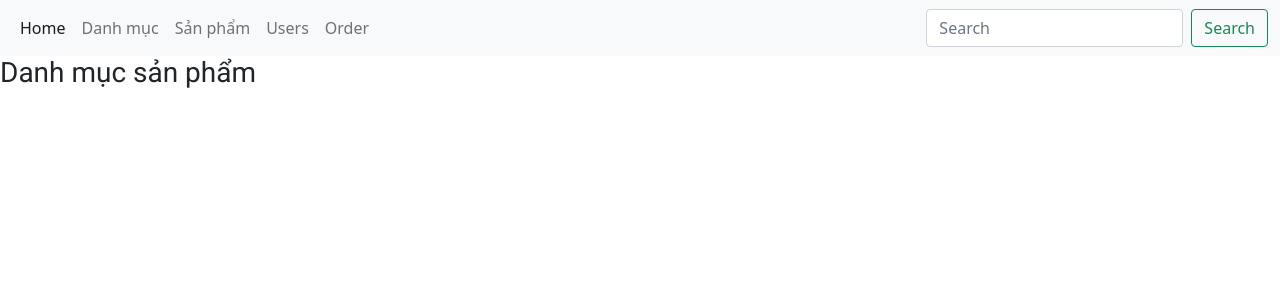
Repository: ThanhNghiadn03/Website-1-JSP-Servlet
Page: http://localhost/new-web-ban-sach/trang-chu
These files come from the project's save history. The page is drawn as it stood at one moment and after the next save; the edit follows.
The browser window is 1280 px wide. The pictures show the whole page.
The page is served by Tomcat 9. Other server files are loaded and not shown. Queries for data that is not in the repository find no rows.

Above is the page before, as saved 2023-04-26 08:40:46.

### Project/new-web-ban-sach/src/main/webapp/views/home/home.jsp
<%@ page language="java" contentType="text/html; charset=UTF-8"
	pageEncoding="UTF-8"%>
<%@ taglib uri="http://java.sun.com/jsp/jstl/core" prefix="c"%>
<!DOCTYPE html>
<html>
<head>
<meta charset="UTF-8">
<title>Trang chủ</title>

<link rel="stylesheet"
	href="http://localhost:8080/new-web-ban-sach/views/home/css/css-home.css">
<link
	href="https://cdn.jsdelivr.net/npm/bootstrap@5.0.2/dist/css/bootstrap.min.css"
	rel="stylesheet"
	integrity="sha384-EVSTQN3/azprG1Anm3QDgpJLIm9Nao0Yz1ztcQTwFspd3yD65VohhpuuCOmLASjC"
	crossorigin="anonymous">

</head>
<body style="padding-bottom: 500px;">
	<div class="header">
				<nav class="navbar navbar-expand-lg navbar-light bg-light">
			<div class="container-fluid">
<!-- 				<a class="navbar-brand" href="#"> <img src="logo_casestudy.png"
					width="50px" height="50px">
				</a> -->
				<button class="navbar-toggler" type="button"
					data-bs-toggle="collapse" data-bs-target="#navbarSupportedContent"
					aria-controls="navbarSupportedContent" aria-expanded="false"
					aria-label="Toggle navigation">
					<span class="navbar-toggler-icon"></span>
				</button>
				<div class="collapse navbar-collapse" id="navbarSupportedContent">
					<ul class="navbar-nav me-auto mb-2 mb-lg-0">
						<li class="nav-item"><a class="nav-link active"
							aria-current="page" href="#">Home</a></li>
						<li class="nav-item"><a class="nav-link" href="#">Danh mục</a>
						</li>
						<li class="nav-item"><a class="nav-link" href="#">Sản phẩm</a>
						</li>
						<li class="nav-item"><a class="nav-link" href="#">Users</a>
						</li>
						<li class="nav-item"><a class="nav-link" href="#">Order</a>
						</li>
					</ul>
					<form class="d-flex">
						<input class="form-control me-2" type="search"
							placeholder="Search" aria-label="Search">
						<button class="btn btn-outline-success" type="submit">Search</button>
					</form>
				</div>
			</div>
		</nav>
	</div>
	</div>
	<div class="left-right">
		<div class="left-side">
			<h3>Danh mục sản phẩm</h3>
			<c:forEach varStatus="count" var="cate" items="${listCate}">
				<div class="danhmuc">
					<p>
						<c:out value="${cate.nameCategory}"></c:out>
					</p>
				</div>
			</c:forEach>
		</div>
		<div class="right-side">
			<c:forEach varStatus="count" var="product" items="${listProduct}">
				<div class="item">
					<img alt="thumbnail" src="<c:url value="${product.thumbnail}"/>"
						class="thumbnail-img">
					<p>
						<c:out value="${product.nameProduct}"></c:out>
					</p>
					<c:out value="${product.price}.000VND"></c:out>
					<c:out value="-${product.discount}%"></c:out>
				</div>
			</c:forEach>
		</div>
	</div>

</body>
</html>

### Project/new-web-ban-sach/src/main/java/controller/HomeController.java
package controller;

import java.io.IOException;
import java.util.ArrayList;
import java.util.List;

import javax.servlet.RequestDispatcher;
import javax.servlet.ServletException;
import javax.servlet.annotation.WebServlet;
import javax.servlet.http.HttpServlet;
import javax.servlet.http.HttpServletRequest;
import javax.servlet.http.HttpServletResponse;

import model.Categories;
import model.Product;
import service.Implement.CategoriesServiceImpl;
import service.Implement.ProductServiceImpl;
import service.Interfaces.CRUDCategories;
import service.Interfaces.CRUDProduct;

@WebServlet(urlPatterns = {"/trang-chu"})
public class HomeController extends HttpServlet{

	CRUDProduct productService = new ProductServiceImpl();
	CRUDCategories cateService = new CategoriesServiceImpl();

	private static final long serialVersionUID = 1L;

	protected void doGet(HttpServletRequest request, HttpServletResponse response) throws IOException,ServletException {
		showProduct(request,response);
	}

	protected void doPost(HttpServletRequest request, HttpServletResponse response) throws IOException, ServletException {

	}

	private void showProduct(HttpServletRequest request, HttpServletResponse response) {
		showCategories(request, response);
		List<Product> listProduct = new ArrayList<Product>();
		listProduct = productService.findAll();
		request.setAttribute("listProduct", listProduct);
		try {
			request.getRequestDispatcher("views/home/home.jsp").forward(request, response);
		} catch (ServletException e) {
			// TODO Auto-generated catch block
			System.out.println("Servlet Exception");
		} catch (IOException e) {
			// TODO Auto-generated catch block
			System.out.println("IOException");
		}

	}

	private void showCategories(HttpServletRequest request, HttpServletResponse response) {
		List<Categories> listCate = new ArrayList<Categories>();
		listCate = cateService.findAll();
		request.setAttribute("listCate", listCate);
	}

}

### Project/new-web-ban-sach/src/main/java/service/Implement/ProductServiceImpl.java
package service.Implement;

import java.util.List;

import model.Product;
import repository.Implement.ProductRepoImpl;
import repository.Interface.CRUDProductRepo;
import service.Interfaces.CRUDProduct;

public class ProductServiceImpl implements CRUDProduct{

	CRUDProductRepo productRepo = new ProductRepoImpl();

	public List<Product> findAll() {
		// TODO Auto-generated method stub
		return productRepo.findAll();
	}

	public void insert(Product t) {
		// TODO Auto-generated method stub

	}

	public void deleteById(int id) {
		// TODO Auto-generated method stub

	}

	public void edit(Product t) {
		// TODO Auto-generated method stub

	}

}

### Project/new-web-ban-sach/src/main/java/repository/Interface/CRUDRepository.java
package repository.Interface;

import java.util.List;

public interface CRUDRepository <T>{
	List<T> findAll();
	void insert(T t);
	void deleteById(int id);
	void edit(T t);
}

### Project/new-web-ban-sach/src/main/java/repository/Interface/CRUDProductRepo.java
package repository.Interface;

import model.Product;

public interface CRUDProductRepo extends CRUDRepository<Product> {

}

### Project/new-web-ban-sach/src/main/java/repository/Implement/ProductRepoImpl.java
package repository.Implement;

import java.sql.Connection;
import java.sql.PreparedStatement;
import java.sql.ResultSet;
import java.sql.SQLException;
import java.util.ArrayList;
import java.util.List;

import model.Product;
import repository.Interface.CRUDProductRepo;
import utils.ConnectionUtils;
import utils.ConstantProduct;

public class ProductRepoImpl implements CRUDProductRepo{

	public List<Product> findAll() {
		// TODO Auto-generated method stub
		List<Product> listProduct = new ArrayList<Product>();
		Connection connection = ConnectionUtils.getConnection();
		try {
			PreparedStatement preState = connection.prepareStatement(ConstantProduct.SELECT_ALL_PRODUCT);
			ResultSet rs = preState.executeQuery();
			while(rs.next()) {
				int idProduct = rs.getInt("id");
				String name = rs.getString("nameProduct");
				int price = rs.getInt("price");
				int discount = rs.getInt("discount");
				String thumbnail = rs.getString("thumbnail");
				String description = rs.getString("descriptions");
				String creDate = rs.getString("created_at");
				String upDate = rs.getString("updated_at");
				String nxb = rs.getString("nxb");
				String tacgia = rs.getString("tacgia");
				String loaibia = rs.getString("loaibia");
				int sotrang = rs.getInt("sotrang");
				int cateId = rs.getInt("categoryID");
				Product product = new Product(idProduct,name,price,discount,thumbnail,description,creDate,upDate,nxb,tacgia,loaibia, sotrang,cateId);
				listProduct.add(product);
			}
		} catch (SQLException e) {
			// TODO Auto-generated catch block
			System.out.println("SQLException");
		}

		return listProduct;
	}

	public void insert(Product t) {
		// TODO Auto-generated method stub

	}

	public void deleteById(int id) {
		// TODO Auto-generated method stub

	}

	public void edit(Product t) {
		// TODO Auto-generated method stub

	}

}

### Project/new-web-ban-sach/src/main/java/service/Implement/CategoriesServiceImpl.java
package service.Implement;

import java.util.List;

import model.Categories;
import repository.Implement.CategoriesRepoImpl;
import repository.Interface.CRUDCategoriesRepo;
import service.Interfaces.CRUDCategories;

public class CategoriesServiceImpl implements CRUDCategories {

	CRUDCategoriesRepo cateRepo = new CategoriesRepoImpl();

	public List<Categories> findAll() {
		// TODO Auto-generated method stub
		return cateRepo.findAll();
	}

	public void insert(Categories t) {
		// TODO Auto-generated method stub
	}

	public void deleteById(int id) {
		// TODO Auto-generated method stub

	}

	public void edit(Categories t) {
		// TODO Auto-generated method stub

	}

	public Categories findCategories(int id) {
		// TODO Auto-generated method stub
		return null;
	}

}

### Project/new-web-ban-sach/src/main/java/repository/Interface/CRUDCategoriesRepo.java
package repository.Interface;

import model.Categories;

public interface CRUDCategoriesRepo extends CRUDRepository<Categories>{
	Categories findCategories(int id);
}

### Project/new-web-ban-sach/src/main/java/repository/Implement/CategoriesRepoImpl.java
package repository.Implement;

import java.sql.Connection;
import java.sql.PreparedStatement;
import java.sql.ResultSet;
import java.sql.SQLException;
import java.util.ArrayList;
import java.util.List;

import model.Categories;
import repository.Interface.CRUDCategoriesRepo;
import utils.ConnectionUtils;
import utils.ConstantCategries;

public class CategoriesRepoImpl implements CRUDCategoriesRepo{

	public List<Categories> findAll() {
		// TODO Auto-generated method stub
		List<Categories> listCate = new ArrayList<Categories>();
		Connection connection = ConnectionUtils.getConnection();
		try {
			PreparedStatement preState = connection.prepareStatement(ConstantCategries.SELECT_ALL_CATEGORIES);
			ResultSet rs = preState.executeQuery();
			while(rs.next()) {
				int id = rs.getInt("id");
				String name = rs.getString("nameCategory");
				Categories cate = new Categories(id,name);
				listCate.add(cate);
			}
		} catch (SQLException e) {
			// TODO Auto-generated catch block
			e.printStackTrace();
			System.out.println("SQLException");
		}
		return listCate;
	}

	public void insert(Categories t) {
		// TODO Auto-generated method stub

	}

	public void deleteById(int id) {
		// TODO Auto-generated method stub

	}

	public void edit(Categories t) {
		// TODO Auto-generated method stub

	}

	public Categories findCategories(int id) {
		// TODO Auto-generated method stub
		return null;
	}

}

### Project/new-web-ban-sach/src/main/java/utils/ConnectionUtils.java
package utils;

import java.sql.Connection;
import java.sql.SQLException;
import java.sql.DriverManager;

public class ConnectionUtils {
	private static String jdbcURL = "jdbc:mysql://localhost:3306/trangwebbanhang?useSSL=false";
	private static String userName = "root";
	private static String password = "123456";
	public static Connection getConnection() {
		Connection connection = null;
			try {
				Class.forName("com.mysql.cj.jdbc.Driver");
			} catch (ClassNotFoundException e1) {
				// TODO Auto-generated catch block
				e1.printStackTrace();
				System.out.println("Class not found");
			}
			try {
				connection = DriverManager.getConnection(jdbcURL,userName, password);
			} catch (SQLException e) {
				// TODO Auto-generated catch block
				e.printStackTrace();
				System.out.println("SQLException");
			}
			System.out.println("Ket noi thanh cong");
		return connection;
	}

	public static void main(String[] args) {
		getConnection();
	}


}

### Project/new-web-ban-sach/src/main/webapp/views/home/css/css-home.css
@charset "ISO-8859-1";
@import url('https://fonts.googleapis.com/css2?family=Inter:wght@400;700&family=Montserrat:wght@400;700&family=Roboto:wght@400;700&display=swap');


.Search-box {
	width: 400px;
	height: 20px;
	margin: 20px
}

.top {
	display: grid;
    grid-template-columns: 1fr;

}
.left-right {
    display: grid;
    grid-template-columns: 300px 4fr;
    font-family: 'Roboto', sans-serif;
    font-size: 20px;
}
.right-side {
    display: grid;
    grid-template-columns: 1fr 1fr 1fr 1fr 1fr 1fr;
    column-gap: 10px;
    row-gap: 20px;
}
.item {
    border: 1px solid;
    padding: 20px;
    background-color: rgba(249, 247, 239, 1);
    justify-self: center;
}

.thumbnail-img {
    width: 178px;
    height: 258px;
    object-fit: cover
}

After the next save:
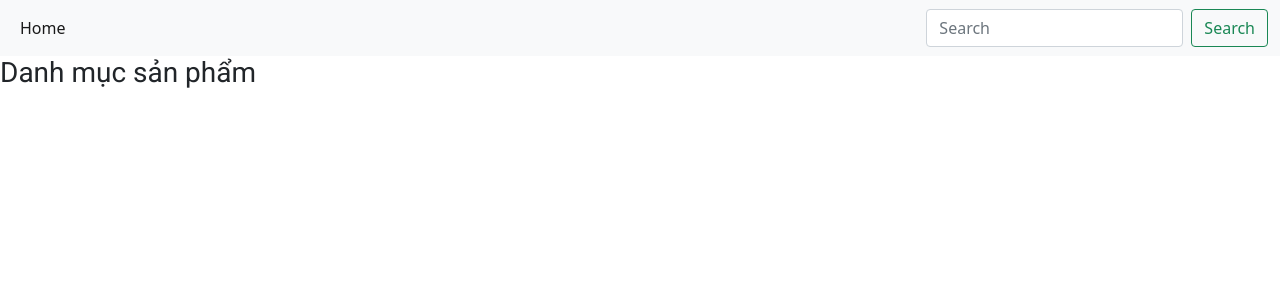
Saved 25 s later.
--- a/Project/new-web-ban-sach/src/main/webapp/views/home/home.jsp
+++ b/Project/new-web-ban-sach/src/main/webapp/views/home/home.jsp
@@ -33,13 +33,6 @@
 					<ul class="navbar-nav me-auto mb-2 mb-lg-0">
 						<li class="nav-item"><a class="nav-link active"
 							aria-current="page" href="#">Home</a></li>
-						<li class="nav-item"><a class="nav-link" href="#">Danh mục</a>
-						</li>
-						<li class="nav-item"><a class="nav-link" href="#">Sản phẩm</a>
-						</li>
-						<li class="nav-item"><a class="nav-link" href="#">Users</a>
-						</li>
-						<li class="nav-item"><a class="nav-link" href="#">Order</a>
 						</li>
 					</ul>
 					<form class="d-flex">
